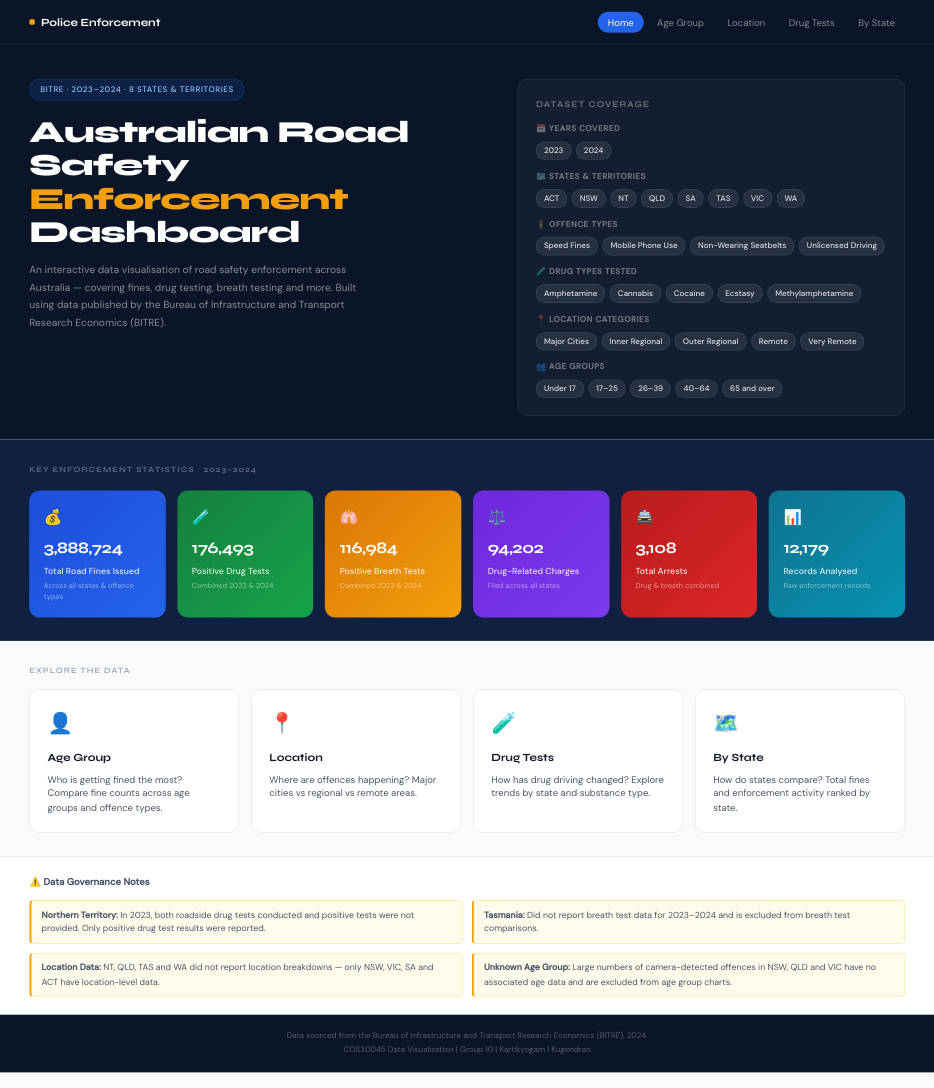
Repository: j26046183-hue/COS30045-GROUP-ASSIGNMENT
Page: index.html
An editor plug-in stored every save of this project. The page is shown before and after the next save, followed by the edit.
The browser window is 1280 px wide. The pictures show the whole page, at 73% of full size.

Above is the page before, as saved 2026-06-05 15:35:09.

After the next save:
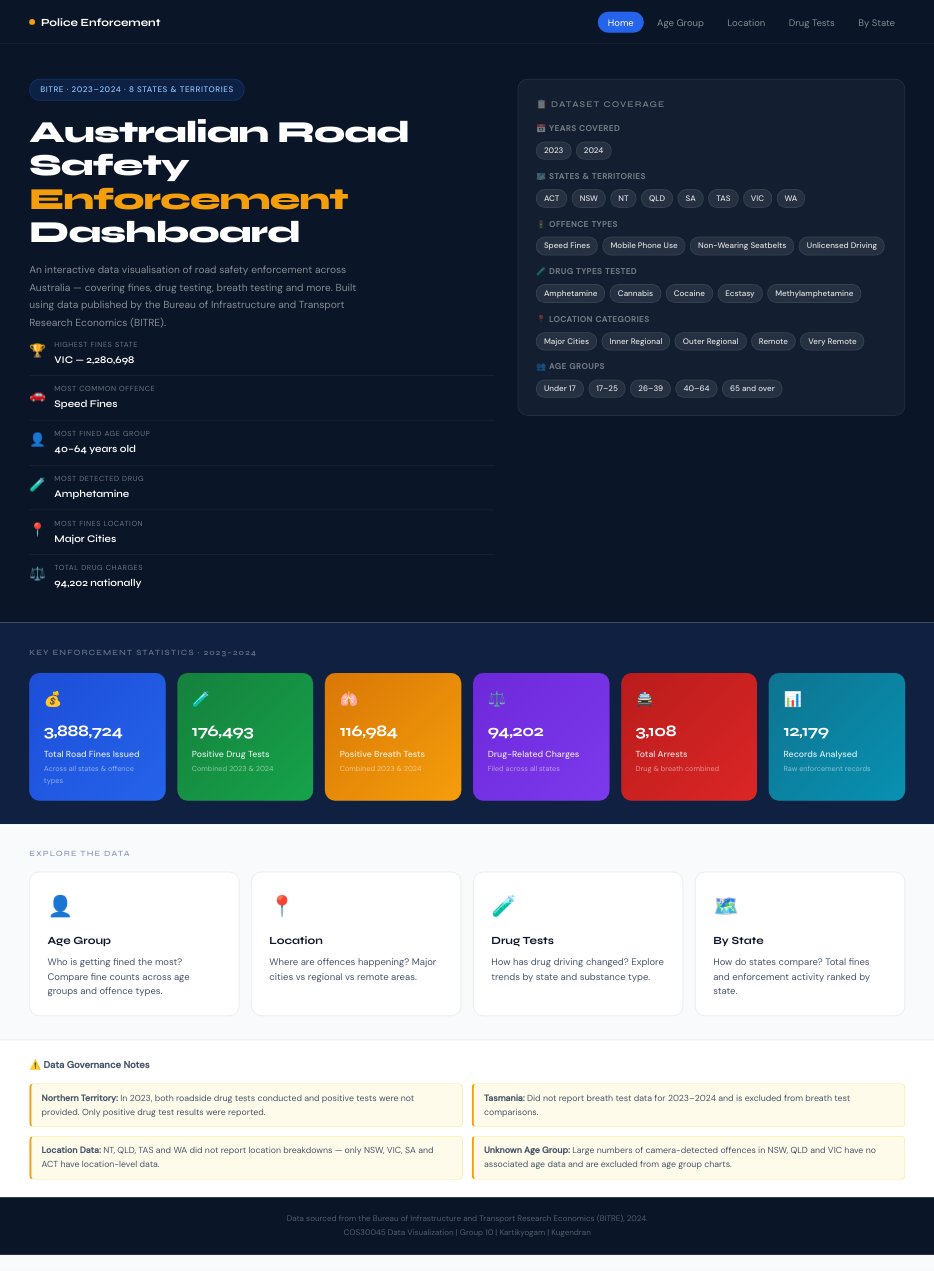
Saved 8 min 11 s later.
--- a/index.html
+++ b/index.html
@@ -30,14 +30,64 @@
 
         <!-- Hero -->
         <div class="home-hero">
+
+            <!-- LEFT SIDE — Title + Description + Key Facts -->
             <div class="home-hero-left">
                 <div class="hero-badge">BITRE · 2023–2024 · 8 States & Territories</div>
                 <h1>Australian Road Safety<br><span class="highlight">Enforcement</span> Dashboard</h1>
                 <p>An interactive data visualisation of road safety enforcement across Australia — covering fines, drug testing, breath testing and more. Built using data published by the Bureau of Infrastructure and Transport Research Economics (BITRE).</p>
-            </div>
+
+                <!-- Key Facts -->
+                <div class="key-facts-grid">
+                    <div class="key-fact">
+                        <span class="key-fact-icon">🏆</span>
+                        <div class="key-fact-content">
+                            <div class="key-fact-label">Highest Fines State</div>
+                            <div class="key-fact-value">VIC — 2,280,698</div>
+                        </div>
+                    </div>
+                    <div class="key-fact">
+                        <span class="key-fact-icon">🚗</span>
+                        <div class="key-fact-content">
+                            <div class="key-fact-label">Most Common Offence</div>
+                            <div class="key-fact-value">Speed Fines</div>
+                        </div>
+                    </div>
+                    <div class="key-fact">
+                        <span class="key-fact-icon">👤</span>
+                        <div class="key-fact-content">
+                            <div class="key-fact-label">Most Fined Age Group</div>
+                            <div class="key-fact-value">40–64 years old</div>
+                        </div>
+                    </div>
+                    <div class="key-fact">
+                        <span class="key-fact-icon">🧪</span>
+                        <div class="key-fact-content">
+                            <div class="key-fact-label">Most Detected Drug</div>
+                            <div class="key-fact-value">Amphetamine</div>
+                        </div>
+                    </div>
+                    <div class="key-fact">
+                        <span class="key-fact-icon">📍</span>
+                        <div class="key-fact-content">
+                            <div class="key-fact-label">Most Fines Location</div>
+                            <div class="key-fact-value">Major Cities</div>
+                        </div>
+                    </div>
+                    <div class="key-fact">
+                        <span class="key-fact-icon">⚖️</span>
+                        <div class="key-fact-content">
+                            <div class="key-fact-label">Total Drug Charges</div>
+                            <div class="key-fact-value">94,202 nationally</div>
+                        </div>
+                    </div>
+                </div>
+            </div>
+
+            <!-- RIGHT SIDE — Dataset Coverage -->
             <div class="home-hero-right">
                 <div class="data-coverage">
-                    <div class="coverage-title">Dataset Coverage</div>
+                    <div class="coverage-title">📋 Dataset Coverage</div>
 
                     <div class="coverage-block">
                         <div class="coverage-block-title">📅 Years Covered</div>
